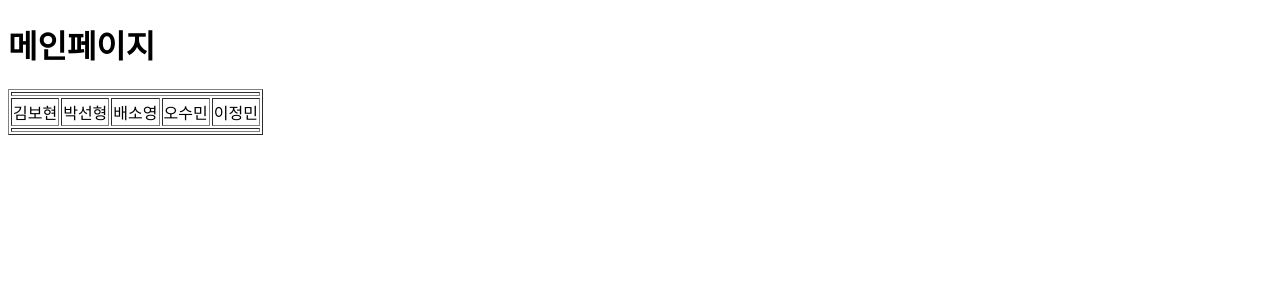
Repository: lastingrowth/teamPrj
Page: http://localhost/studyPrj/info.jsp?cate=bsy
An editor plug-in stored every save of this project. The page is shown before and after the next save, followed by the edit.
The browser window is 1280 px wide. The pictures show the whole page.
The page is served by Tomcat 9.

Above is the page before, as saved 2026-05-01 09:55:36.

After the next save:
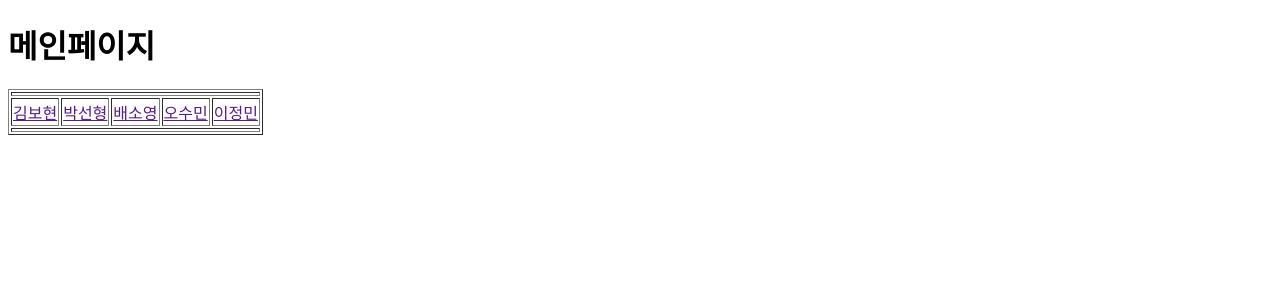
Saved 53 s later.
--- a/study_work/studyPrj/src/main/webapp/info.jsp
+++ b/study_work/studyPrj/src/main/webapp/info.jsp
@@ -14,11 +14,11 @@
 	</tr>
 
 	<tr>
-		<td>김보현</td>
-		<td>박선형</td>
-		<td>배소영</td>
-		<td>오수민</td>
-		<td>이정민</td>
+		<td><a href="">김보현</a></td>
+		<td><a href="">박선형</a></td>
+		<td><a href="">배소영</a></td>
+		<td><a href="">오수민</a></td>
+		<td><a href="">이정민</a></td>
 	</tr>
 
 	<tr>
